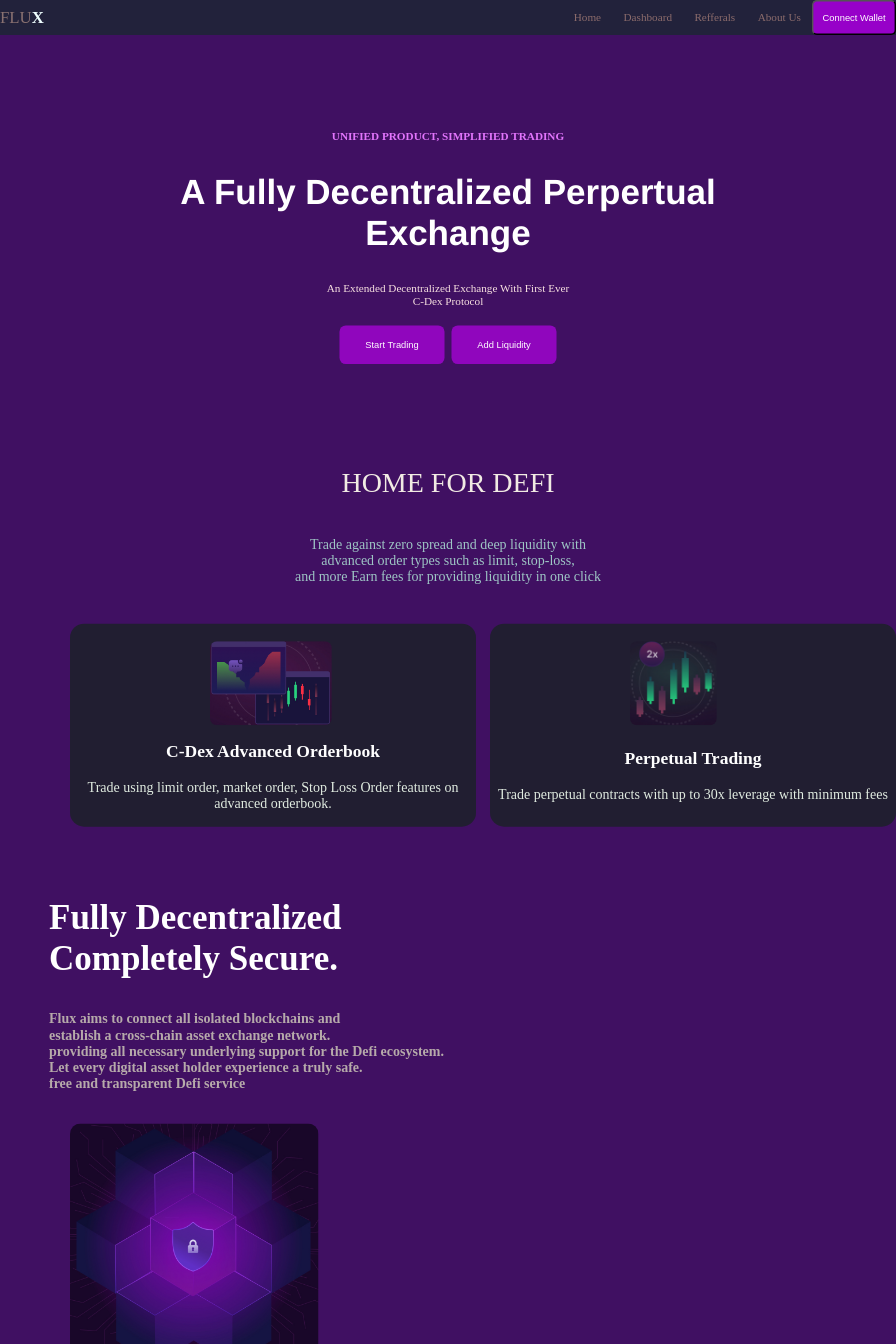
Repository: Tobby004/Flux-figma
Page: index.html
The author's editor kept a copy of each file at every save. The page is drawn from the files as they stood at one save, then again after the next save.
The browser window is 1280 px wide. The pictures show the part of the page from y = 0 to 1920 px (the page is 3209 px tall before and 3367 px after), at 70% of full size.

Above is the page before, as saved 2023-04-29 06:54:14.
Console error: SyntaxError: Unexpected identifier 'myFunction'

After the next save:
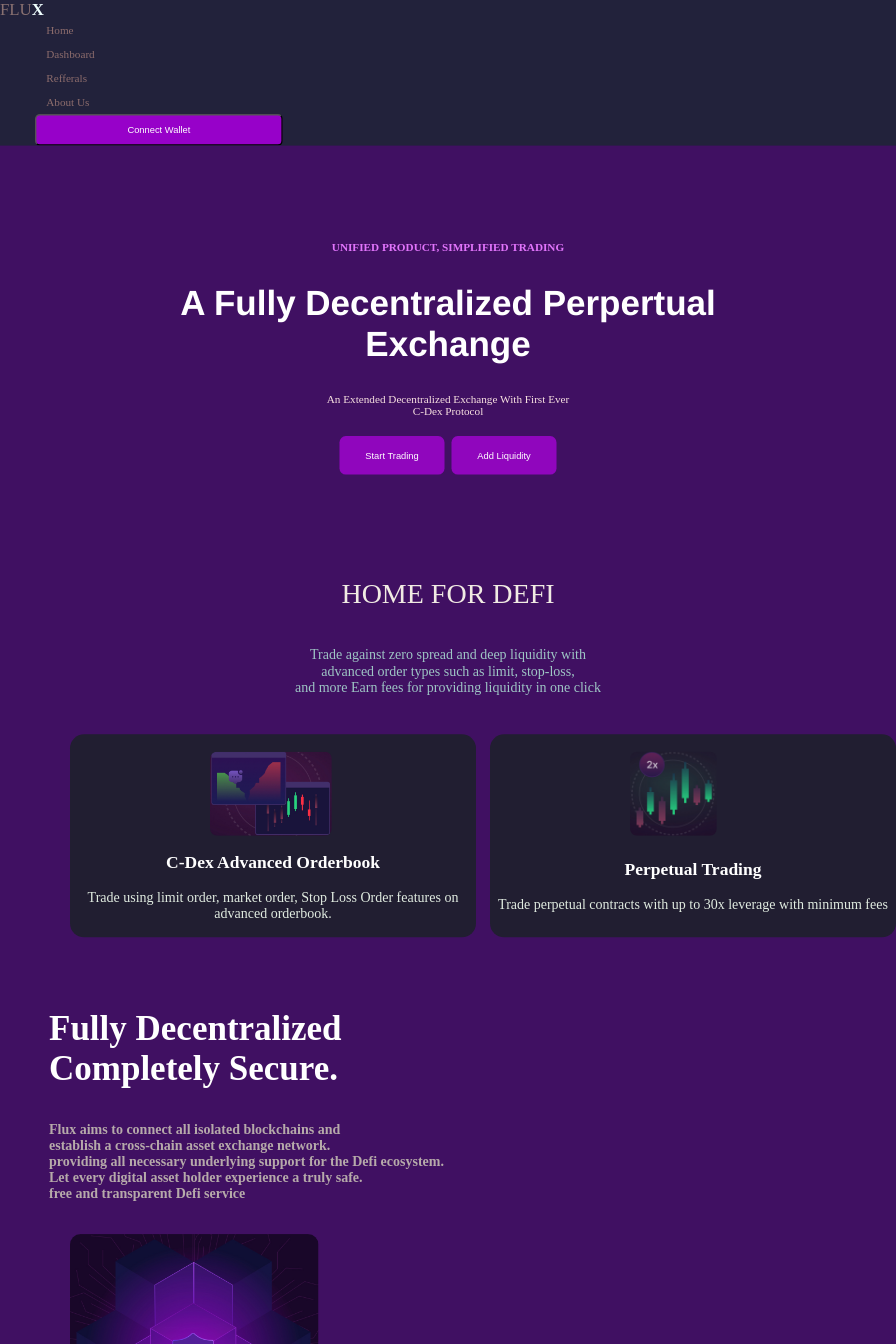
Saved 14 min 14 s later.
--- a/index.html
+++ b/index.html
@@ -10,11 +10,11 @@
 <body>
    <nav class="navbar">
     <div class="logo">FLU<b>X</b></div>
-    <a href="#" class="toggle-title">
-        <span class="bar"></span>
-        <span class="bar"></span>
-        <span class="bar"></span>
-    </a>
+    <div class="hamburger">
+        <span class="line"></span>
+        <span class="line"></span>
+        <span class="line"></span>
+   </div>
     <div class="navbar-link">
         <ul>
             <li><a href="#">Home</a></li>
--- a/style.css
+++ b/style.css
@@ -384,8 +384,9 @@ margin-left: 10px;
     margin-right: 20px;
     font-size: 8px;
 }
-.toggle-button {
-    display: flex;
+.hamburger {
+    display: block;
+}
 }
 .navbar-link {
     padding: 0 50px;
